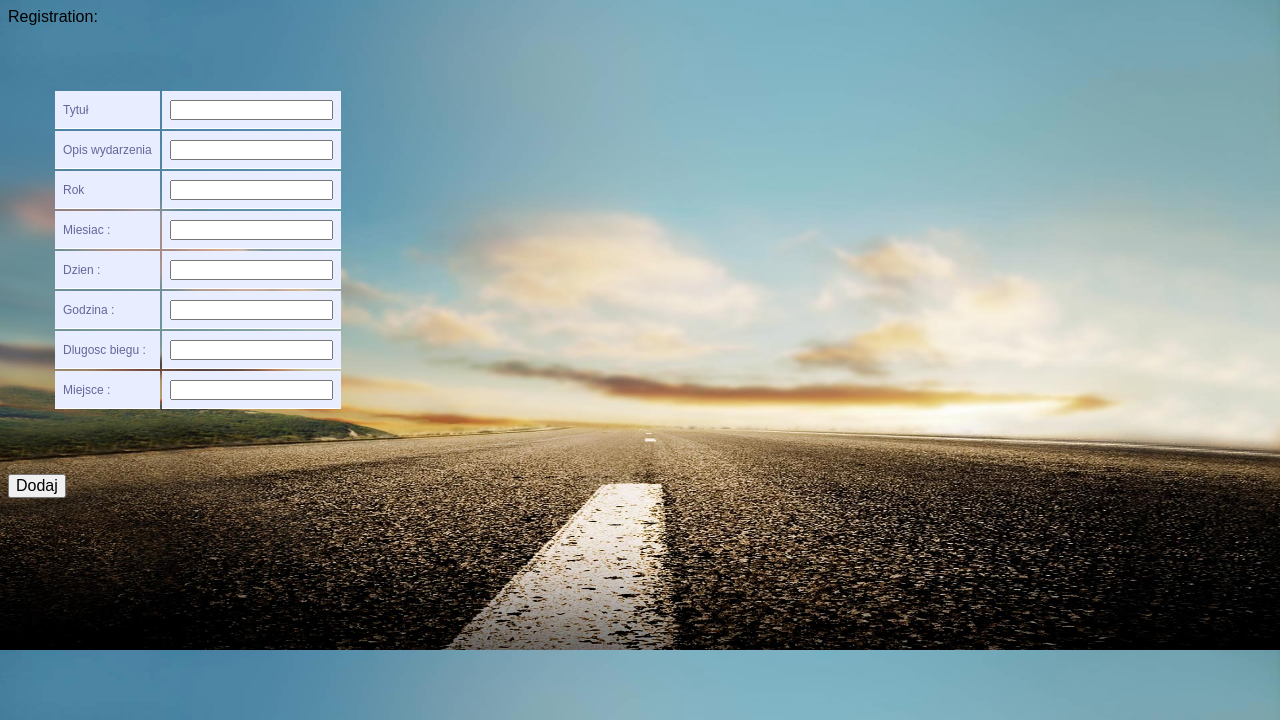
Repository: zlenyk/wrzucak
Page: Shop/WebContent/addEvent.html
An editor plug-in stored every save of this project. The page is shown before and after the next save, followed by the edit.
The browser window is 1280 px wide. The pictures show the whole page.

Above is the page before, as saved 2013-09-25 11:53:44.

After the next save:
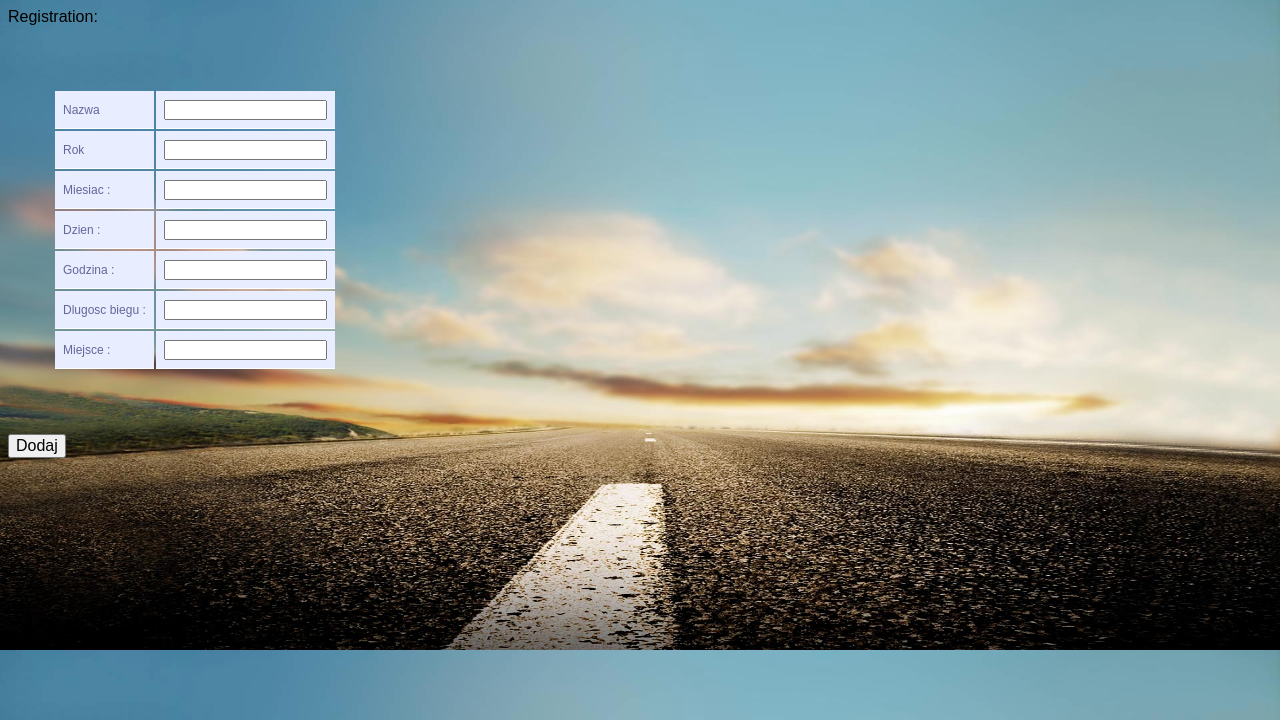
Saved 94 s later.
--- a/Shop/WebContent/addEvent.html
+++ b/Shop/WebContent/addEvent.html
@@ -11,10 +11,7 @@
     <div class="box" >
 	    <table>
 	    	<tr>
-	    		<td>Tytuł</td> <td><input type="text" name="title" /></td>
-	    	</tr>
-	    	<tr>
-	    		<td>Opis wydarzenia</td> <td><input type="text" name="description" /></td>
+	    		<td>Nazwa</td> <td><input type="text" name="description" /></td>
 	    	</tr>
 	    	<tr>
 	    		<td>Rok</td> <td><input type="text" name="year" /></td>
